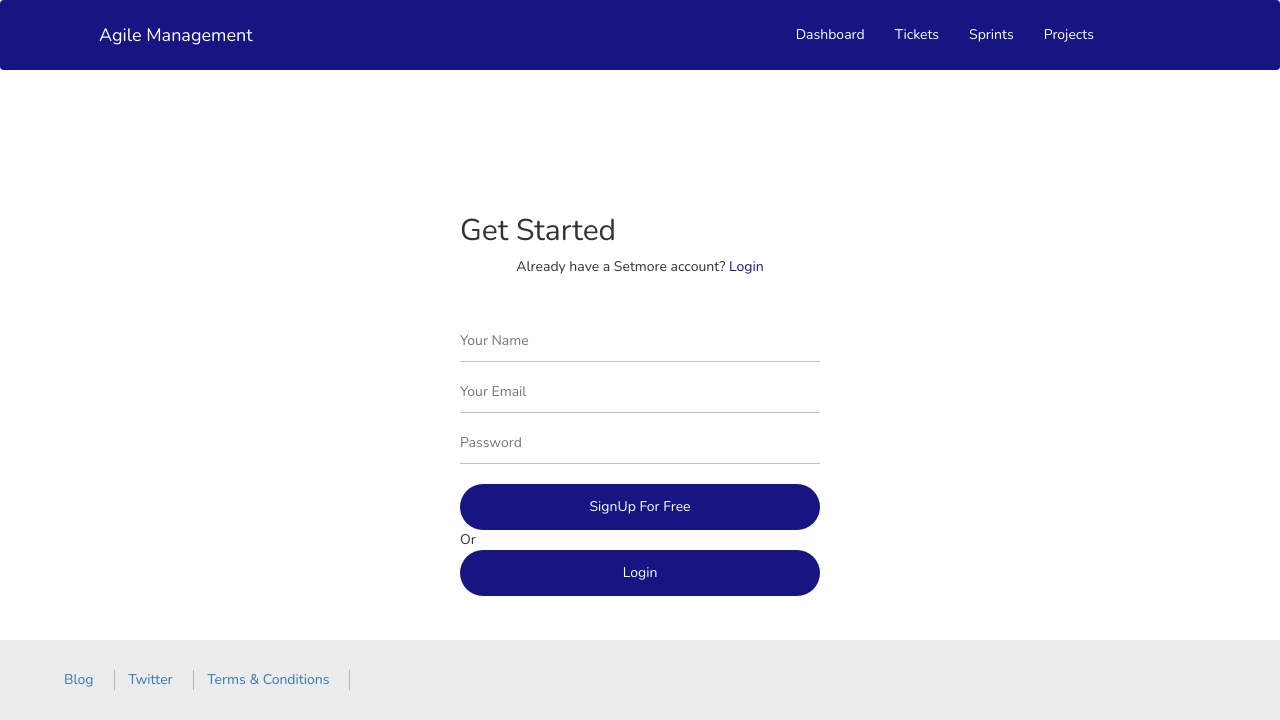
Repository: princexavier/agil
Page: http://localhost/Agile/index.jsp
These files come from the project's save history. The page is drawn as it stood at one moment and after the next save; the edit follows.
The browser window is 1280 px wide. The pictures show the whole page.
Some web libraries are served in a nearby version. The page is served by Tomcat 9.

Above is the page before, as saved 2018-01-19 05:06:09.

After the next save:
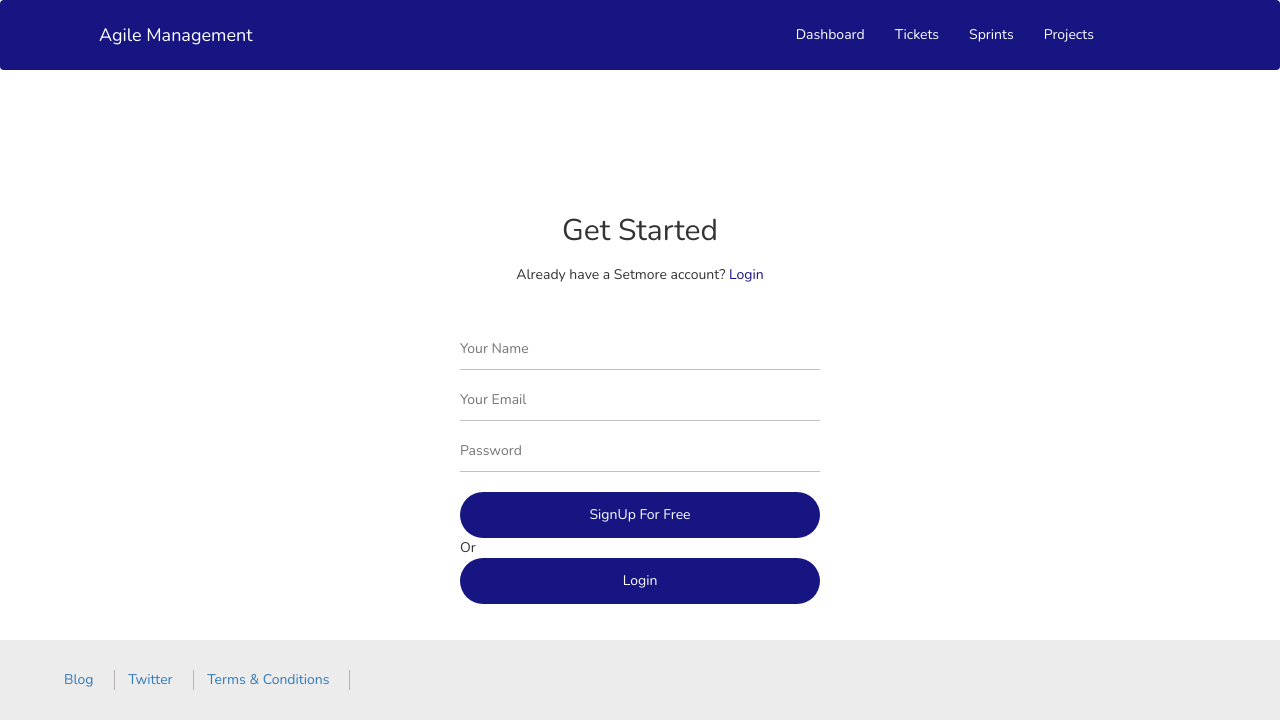
Saved 4 s later.
--- a/workspace/Agile/WebContent/css/style.css
+++ b/workspace/Agile/WebContent/css/style.css
@@ -23,7 +23,7 @@ a:hover {
 	background: #161582;
 	color: #fff;
 }
-.reg-form h3{
+.reg-form h2{
 	margin-top: 20%;
     margin-bottom: 5%;
     text-align: center;
